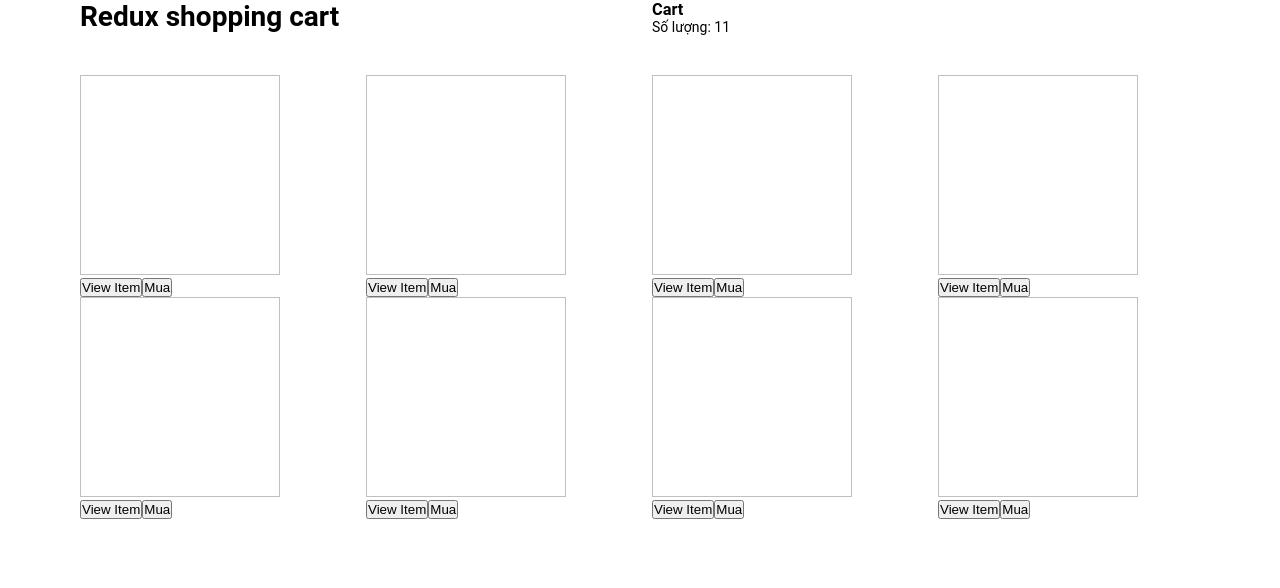
Repository: tungdt-95/test
Page: /
An editor plug-in stored every save of this project. The page is shown before and after a run of saves, followed by the edit.
The browser window is 1280 px wide. The pictures show the whole page.
The project was rebuilt for these pictures with package versions that can differ from the ones it lists, and the page was loaded fresh each time. Also part of the build but not shown: src/App.css, src/component/Cart.js.

Above is the page before, as saved 2022-01-04 20:05:44.

### src/index.js
import React from 'react';
import ReactDOM from 'react-dom';
import './css/index.css';
import App from './App';
import reportWebVitals from './reportWebVitals';
import { Provider} from "react-redux"
import store from "./redux/store"
ReactDOM.render(
  <React.StrictMode>
    <Provider store={store}>
     <App />
    </Provider>
  </React.StrictMode>,
  document.getElementById('root')
);

// If you want to start measuring performance in your app, pass a function
// to log results (for example: reportWebVitals(console.log))
// or send to an analytics endpoint. Learn more: https://bit.ly/CRA-vitals
reportWebVitals();

### src/css/index.css
@import "./grid.css";
*
{
  margin: 0;
  padding: 0;
  box-sizing: border-box;
}
html
{
  font-size: 14px;
}
body
{
  font-family: 'Roboto', sans-serif;
}
ul
{
  list-style-type: none;
}
a
{
  text-decoration: none;
  color: unset;
}
img
{
    width: 200px;
    height: 200px;
}

### src/App.js

import './App.css';
import React from "react";
import Products from './component/Products';
import Cart from "./component/Cart";
import Navbar from './component/Navbar';
import { BrowserRouter as Router, Switch, Route } from "react-router-dom";
function App() {
  return (
    <Router>
      <Navbar></Navbar>
      <Switch>
        <Route exact path="/cart" component={Cart}></Route>
        <Route exact path="/" component={Products}></Route>
      </Switch>
    </Router>

  );
}

export default App;

### src/redux/store.js
import { createStore} from "redux"
import rootReducer from "./rootReducer";
import {composeWithDevTools} from "redux-devtools-extension"
const store = createStore(rootReducer,composeWithDevTools());


export default store;

### src/css/grid.css

/*
                        l:PC
                        m:TAPLET
                        c:MOBILE
*/


.grid {
    width: 100%;
    display: block;
    padding: 0;
}

.grid.wide {
    max-width: 1200px;
    margin: 0 auto;
    padding: 0 40px;
}

.row {
    display: flex;
    flex-wrap: wrap;
    margin-left: -8px;
    margin-right: -8px;
}

.row.no-gutters {
    margin-left: 0;
    margin-right: 0;
}

.col {
    padding-left: 4px;
    padding-right: 4px;
}

.row.no-gutters .col {
    padding-left: 0;
    padding-right: 0;
}

.c-0 {
    display: none;
}

.c-1 {
    flex: 0 0 8.33333%;
    max-width: 8.33333%;
}

.c-2 {
    flex: 0 0 16.66667%;
    max-width: 16.66667%;
}

.c-3 {
    flex: 0 0 25%;
    max-width: 25%;
}

.c-4 {
    flex: 0 0 33.33333%;
    max-width: 33.33333%;
}

.c-5 {
    flex: 0 0 41.66667%;
    max-width: 41.66667%;
}

.c-6 {
    flex: 0 0 50%;
    max-width: 50%;
}

.c-7 {
    flex: 0 0 58.33333%;
    max-width: 58.33333%;
}

.c-8 {
    flex: 0 0 66.66667%;
    max-width: 66.66667%;
}

.c-9 {
    flex: 0 0 75%;
    max-width: 75%;
}

.c-10 {
    flex: 0 0 83.33333%;
    max-width: 83.33333%;
}

.c-11 {
    flex: 0 0 91.66667%;
    max-width: 91.66667%;
}

.c-12 {
    flex: 0 0 100%;
    max-width: 100%;
}

.c-o-1 {
    margin-left: 8.33333%;
}

.c-o-2 {
    margin-left: 16.66667%;
}

.c-o-3 {
    margin-left: 25%;
}

.c-o-4 {
    margin-left: 33.33333%;
}

.c-o-5 {
    margin-left: 41.66667%;
}

.c-o-6 {
    margin-left: 50%;
}

.c-o-7 {
    margin-left: 58.33333%;
}

.c-o-8 {
    margin-left: 66.66667%;
}

.c-o-9 {
    margin-left: 75%;
}

.c-o-10 {
    margin-left: 83.33333%;
}

.c-o-11 {
    margin-left: 91.66667%;
}

/* >= Tablet */
@media (min-width: 740px) {
    .row {
        margin-left: -8px;
        margin-right: -8px;
    }

    .col {
        padding-left: 8px;
        padding-right: 8px;
    }

    .m-0 {
        display: none;
    }

    .m-1,
    .m-2,
    .m-3,
    .m-4,
    .m-5,
    .m-6,
    .m-7,
    .m-8,
    .m-9,
    .m-10,
    .m-11,
    .m-12 {
        display: block;
    }

    .m-1 {
        flex: 0 0 8.33333%;
        max-width: 8.33333%;
    }

    .m-2 {
        flex: 0 0 16.66667%;
        max-width: 16.66667%;
    }

    .m-3 {
        flex: 0 0 25%;
        max-width: 25%;
    }

    .m-4 {
        flex: 0 0 33.33333%;
        max-width: 33.33333%;
    }

    .m-5 {
        flex: 0 0 41.66667%;
        max-width: 41.66667%;
    }

    .m-6 {
        flex: 0 0 50%;
        max-width: 50%;
    }

    .m-7 {
        flex: 0 0 58.33333%;
        max-width: 58.33333%;
    }

    .m-8 {
        flex: 0 0 66.66667%;
        max-width: 66.66667%;
    }

    .m-9 {
        flex: 0 0 75%;
        max-width: 75%;
    }

    .m-10 {
        flex: 0 0 83.33333%;
        max-width: 83.33333%;
    }

    .m-11 {
        flex: 0 0 91.66667%;
        max-width: 91.66667%;
    }

    .m-12 {
        flex: 0 0 100%;
        max-width: 100%;
    }

    .m-o-1 {
        margin-left: 8.33333%;
    }

    .m-o-2 {
        margin-left: 16.66667%;
    }

    .m-o-3 {
        margin-left: 25%;
    }

    .m-o-4 {
        margin-left: 33.33333%;
    }

    .m-o-5 {
        margin-left: 41.66667%;
    }

    .m-o-6 {
        margin-left: 50%;
    }

    .m-o-7 {
        margin-left: 58.33333%;
    }

    .m-o-8 {
        margin-left: 66.66667%;
    }

    .m-o-9 {
        margin-left: 75%;
    }

    .m-o-10 {
        margin-left: 83.33333%;
    }

    .m-o-11 {
        margin-left: 91.66667%;
    }
}

/* PC medium resolution > */
@media (min-width: 1113px) {
    .row {
        margin-left: -12px;
        margin-right: -12px;
    }

    .row.sm-gutter {
        margin-left: -5px;
        margin-right: -5px;
    }

    .col {
        padding-left: 12px;
        padding-right: 12px;
    }

    .row.sm-gutter .col {
        padding-left: 5px;
        padding-right: 5px;
    }

    .l-0 {
        display: none;
    }

    .l-1,
    .l-2,
    .l-2-4,
    .l-3,
    .l-4,
    .l-5,
    .l-6,
    .l-7,
    .l-8,
    .l-9,
    .l-10,
    .l-11,
    .l-12 {
        display: block;
    }

    .l-1 {
        flex: 0 0 8.33333%;
        max-width: 8.33333%;
    }

    .l-2 {
        flex: 0 0 16.66667%;
        max-width: 16.66667%;
    }

    .l-2-4 {
        flex: 0 0 20%;
        max-width: 20%;
    }

    .l-3 {
        flex: 0 0 25%;
        max-width: 25%;
    }

    .l-4 {
        flex: 0 0 33.33333%;
        max-width: 33.33333%;
    }

    .l-5 {
        flex: 0 0 41.66667%;
        max-width: 41.66667%;
    }

    .l-6 {
        flex: 0 0 50%;
        max-width: 50%;
    }

    .l-7 {
        flex: 0 0 58.33333%;
        max-width: 58.33333%;
    }

    .l-8 {
        flex: 0 0 66.66667%;
        max-width: 66.66667%;
    }

    .l-9 {
        flex: 0 0 75%;
        max-width: 75%;
    }

    .l-10 {
        flex: 0 0 83.33333%;
        max-width: 83.33333%;
    }

    .l-11 {
        flex: 0 0 91.66667%;
        max-width: 91.66667%;
    }

    .l-12 {
        flex: 0 0 100%;
        max-width: 100%;
    }

    .l-o-1 {
        margin-left: 8.33333%;
    }

    .l-o-2 {
        margin-left: 16.66667%;
    }

    .l-o-3 {
        margin-left: 25%;
    }

    .l-o-4 {
        margin-left: 33.33333%;
    }

    .l-o-5 {
        margin-left: 41.66667%;
    }

    .l-o-6 {
        margin-left: 50%;
    }

    .l-o-7 {
        margin-left: 58.33333%;
    }

    .l-o-8 {
        margin-left: 66.66667%;
    }

    .l-o-9 {
        margin-left: 75%;
    }

    .l-o-10 {
        margin-left: 83.33333%;
    }

    .l-o-11 {
        margin-left: 91.66667%;
    }
}

/* Tablet - PC low resolution */
@media (min-width: 740px) and (max-width: 1023px) {
    .wide {
        width: 644px;
    }
}

/* > PC low resolution */
@media (min-width: 1024px) and (max-width: 1239px) {
    .wide {
        width: 984px;
    }

    .wide .row {
        margin-left: -12px;
        margin-right: -12px;
    }

    .wide .row.sm-gutter {
        margin-left: -5px;
        margin-right: -5px;
    }

    .wide .col {
        padding-left: 12px;
        padding-right: 12px;
    }

    .wide .row.sm-gutter .col {
        padding-left: 5px;
        padding-right: 5px;
    }

    .wide .l-0 {
        display: none;
    }

    .wide .l-1,
    .wide .l-2,
    .wide .l-2-4,
    .wide .l-3,
    .wide .l-4,
    .wide .l-5,
    .wide .l-6,
    .wide .l-7,
    .wide .l-8,
    .wide .l-9,
    .wide .l-10,
    .wide .l-11,
    .wide .l-12 {
        display: block;
    }

    .wide .l-1 {
        flex: 0 0 8.33333%;
        max-width: 8.33333%;
    }

    .wide .l-2 {
        flex: 0 0 16.66667%;
        max-width: 16.66667%;
    }

    .wide .l-2-4 {
        flex: 0 0 20%;
        max-width: 20%;
    }

    .wide .l-3 {
        flex: 0 0 25%;
        max-width: 25%;
    }

    .wide .l-4 {
        flex: 0 0 33.33333%;
        max-width: 33.33333%;
    }

    .wide .l-5 {
        flex: 0 0 41.66667%;
        max-width: 41.66667%;
    }

    .wide .l-6 {
        flex: 0 0 50%;
        max-width: 50%;
    }

    .wide .l-7 {
        flex: 0 0 58.33333%;
        max-width: 58.33333%;
    }

    .wide .l-8 {
        flex: 0 0 66.66667%;
        max-width: 66.66667%;
    }

    .wide .l-9 {
        flex: 0 0 75%;
        max-width: 75%;
    }

    .wide .l-10 {
        flex: 0 0 83.33333%;
        max-width: 83.33333%;
    }

    .wide .l-11 {
        flex: 0 0 91.66667%;
        max-width: 91.66667%;
    }

    .wide .l-12 {
        flex: 0 0 100%;
        max-width: 100%;
    }

    .wide .l-o-1 {
        margin-left: 8.33333%;
    }

    .wide .l-o-2 {
        margin-left: 16.66667%;
    }

    .wide .l-o-3 {
        margin-left: 25%;
    }

    .wide .l-o-4 {
        margin-left: 33.33333%;
    }

    .wide .l-o-5 {
        margin-left: 41.66667%;
    }

    .wide .l-o-6 {
        margin-left: 50%;
    }

    .wide .l-o-7 {
        margin-left: 58.33333%;
    }

    .wide .l-o-8 {
        margin-left: 66.66667%;
    }

    .wide .l-o-9 {
        margin-left: 75%;
    }

    .wide .l-o-10 {
        margin-left: 83.33333%;
    }

    .wide .l-o-11 {
        margin-left: 91.66667%;
    }
}

### src/component/Products.js
import React from 'react';
import { connect } from "react-redux";
import Product from "./Product";



const Products = ({ products }) => {
    return (
        <div className='grid wide'>
            <div className='row'>
                {
                    products.map((prod) => {
                        return (
                            <Product key={prod.id} productData={prod} />
                        )
                    })
                }
            </div>
        </div>
    );
};

const mapStatetoProp = state => {
    return {
        products: state.shop.products,
    }
}

const mapdispatchtoprop = dispatch => {
    return {
        // Addtocart: (id) => dispatch(Addtocart(id))
    }
}

export default connect(mapStatetoProp, mapdispatchtoprop)(Products);

### src/component/Navbar.js
import React from 'react';
import { Link } from "react-router-dom"
const Navbar = () => {
    return (
        <div className='grid wide' style={{ marginBottom: 40 }}>
            <div className='row'>
                <div className='col l-6'>
                    <Link to="/">
                        <h1>Redux shopping cart</h1>

                    </Link>
                </div>

                <div className='col l-6'>
                    <div>
                        <Link to="/cart">
                            <h3>Cart</h3>

                        </Link>
                        <p>Số lượng: 11</p>
                    </div>
                </div>

            </div>


        </div>
    );
};

export default Navbar;

### src/redux/rootReducer.js
import {combineReducers} from "redux";

import CartReducer from "./actions/actions-reducer"


const rootReducer = combineReducers({

    shop: CartReducer,
})




export default rootReducer;

### src/component/Product.js
import React from 'react';
import { Link } from "react-router-dom";


const Product = (productData) => {
    return (
        <div className='col l-3'>
            <img src={productData.img} alt={productData.title}></img>
            <h4>{productData.title}</h4>
            <h4>{productData.price}</h4>
            <Link to="/product/someID">
                <button >View Item</button>
            </Link>
            <Link>
                <button >Mua</button>
            </Link>
        </div>
    );
};

export default Product;

### src/redux/actions/actions-reducer.js
import * as actionTypes from "./actions-type";


const Initstate = {
    products: [
        {
            id: 1,
            img: "https://mrsimple.s3.cloud.cmctelecom.vn/images/products/3145/1024x15368GI6Pa7SBv4UHTg4JQwo3AaC1MWrKkOfiSVxCbF4.jpeg",
            title: "ÁO PHOLO SỌC XANH THỦY THỦ",
            price: "336.000",
        },
        {
            id: 2,
            img: "https://mrsimple.s3.cloud.cmctelecom.vn/images/products/3131/1024x1536Ubkl50DI4Hgb5VwcHhOM6O5cwXvcGhTIumeem1uY.jpeg",
            title: "ÁO POLO LOGO MRSIMPLE",
            price: "250.000"
        },
        {
            id: 3,
            img: "https://mrsimple.s3.cloud.cmctelecom.vn/images/products/2302/1024x1536gowTe2KSdtjNiOCwzO15V70YRm8FHMDFAmT7FPU7.jpeg",
            title: "ÁO POLO SỌC XANH DƯƠNG",
            price: "400.000"
        },
        {
            id: 4,
            img: "https://mrsimple.s3.cloud.cmctelecom.vn/images/products/2984/1024x1536A6GXufyTdYm7l5RmngGTZUr1XqduESWU4sC5rSc1.jpeg",
            title: "ÁO POLO XÁM FORM REGULAR VẢI 9366",
            price: "425.000"
        },
        {
            id: 5,
            img: "https://mrsimple.s3.cloud.cmctelecom.vn/images/products/2920/1024x1536gXJ3iM8Gyy4yBQ6bzFrc8QTmE7ADj2TCBulqV4wK.jpeg",
            title: "ÁO POLO 2 NÚT VẢI COTTON VÀNG",
            price: "256.000"
        },
        {
            id: 6,
            img: "https://mrsimple.s3.cloud.cmctelecom.vn/images/products/2918/1024x1536fKOGfbbStt5u5H218GQEX8tNcjbx76ZGokZqJ5pb.jpeg",
            title: "ÁO POLO XANH DƯƠNG",
            price: "350.000"
        },
        {
            id: 7,
            img: "https://mrsimple.s3.cloud.cmctelecom.vn/images/products/2731/1024x1536rVeBHzzDhWUcFPu5XZ81ssXxgvadjklhekZLeDBr.jpeg",
            title: "POLO NAM LEN DỆT",
            price: "520.000"
        },
        {
            id: 8,
            img: "https://mrsimple.s3.cloud.cmctelecom.vn/images/products/2574/1024x15369Wx22zslYpGn79YsximoXfEWNSmBRsV4qrCBsrdp.jpeg",
            title: "POLO SỌC NGANG ĐEN TRẮNG",
            price: "320.000"
        }
    ],
    cart: [],
    currentItem: null,
}

const CartReducer = (state = Initstate, action )  => {

    switch (action.type) {
        case actionTypes.ADD_TO_CART:

            const item = state.products.find(pro => pro.id === action.payload.id)
            const Incart = state.products.find(item => item.id === action.payload.id ? true : false)

            return {
                ...state,
                cart: Incart
                  ? state.cart.map(( item )=>
                     item.id === action.payload.id ? {...item,qty: item.qty + 1}
                        : item
                     )
                     : [...state.cart,{...item,qty:1}]

            }
        case actionTypes.REMOVE_FROM_CART:
            return {
                ...state,
                cart: state.cart.filter((item) =>
                    item.id !== action.payload.id
                )
            }
        case actionTypes.QUANTITY:
            return {
                ...state,
                cart: state.cart.map( item =>
                    item.id === action.payload.id
                    ? {...item,qty: action.payload.qty}
                     : item
                )
            }
        case actionTypes.LOAD_CURRENT_ITEM:
            return {
                ...state,
                currentItem : action.payload,

            }
        default:
            return state;
    }
}
export default CartReducer;

### src/redux/actions/actions-type.js
export const ADD_TO_CART = "ADD_TO_CART";
export const REMOVE_FROM_CART = "REMOVE_FROM_CART";
export const QUANTITY = "QUANTITY";
export const LOAD_CURRENT_ITEM = "LOAD_CURRENT_ITEM";

Loaded but not shown: public/index.html (common file); src/reportWebVitals.js (common file)

After the next 6 saves:
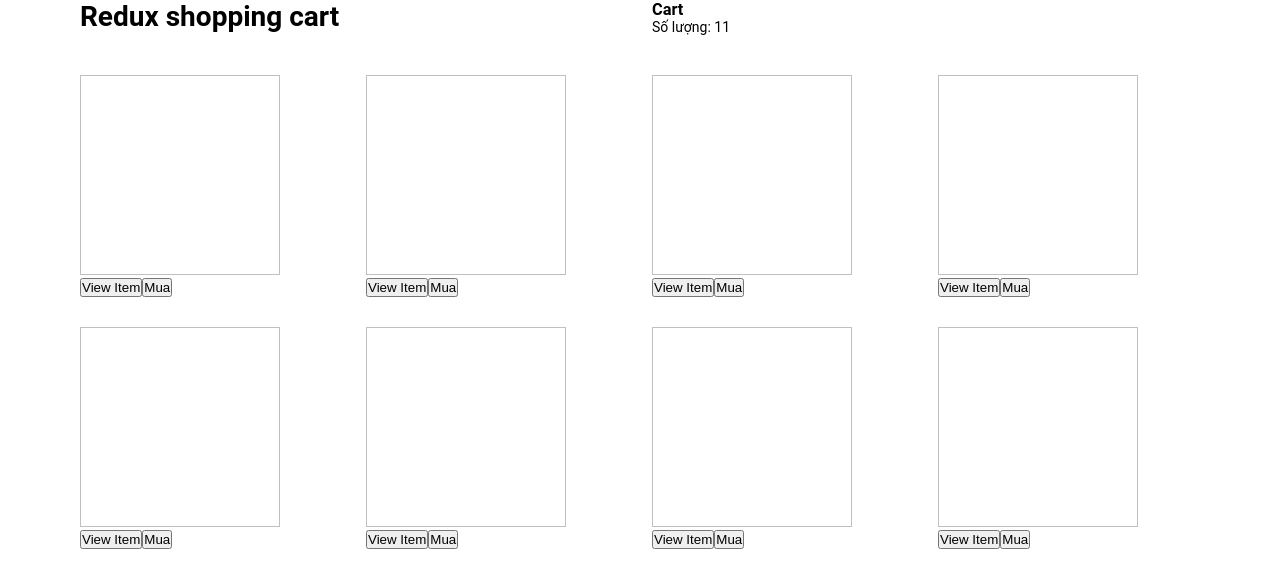
The 6 saves are shown as one change because they came seconds apart.
The last was saved 24 s later.
--- a/src/component/Product.js
+++ b/src/component/Product.js
@@ -4,7 +4,7 @@ import { Link } from "react-router-dom";
 
 const Product = (productData) => {
     return (
-        <div className='col l-3'>
+        <div className='col l-3' style={{marginBottom:30}}>
             <img src={productData.img} alt={productData.title}></img>
             <h4>{productData.title}</h4>
             <h4>{productData.price}</h4>
